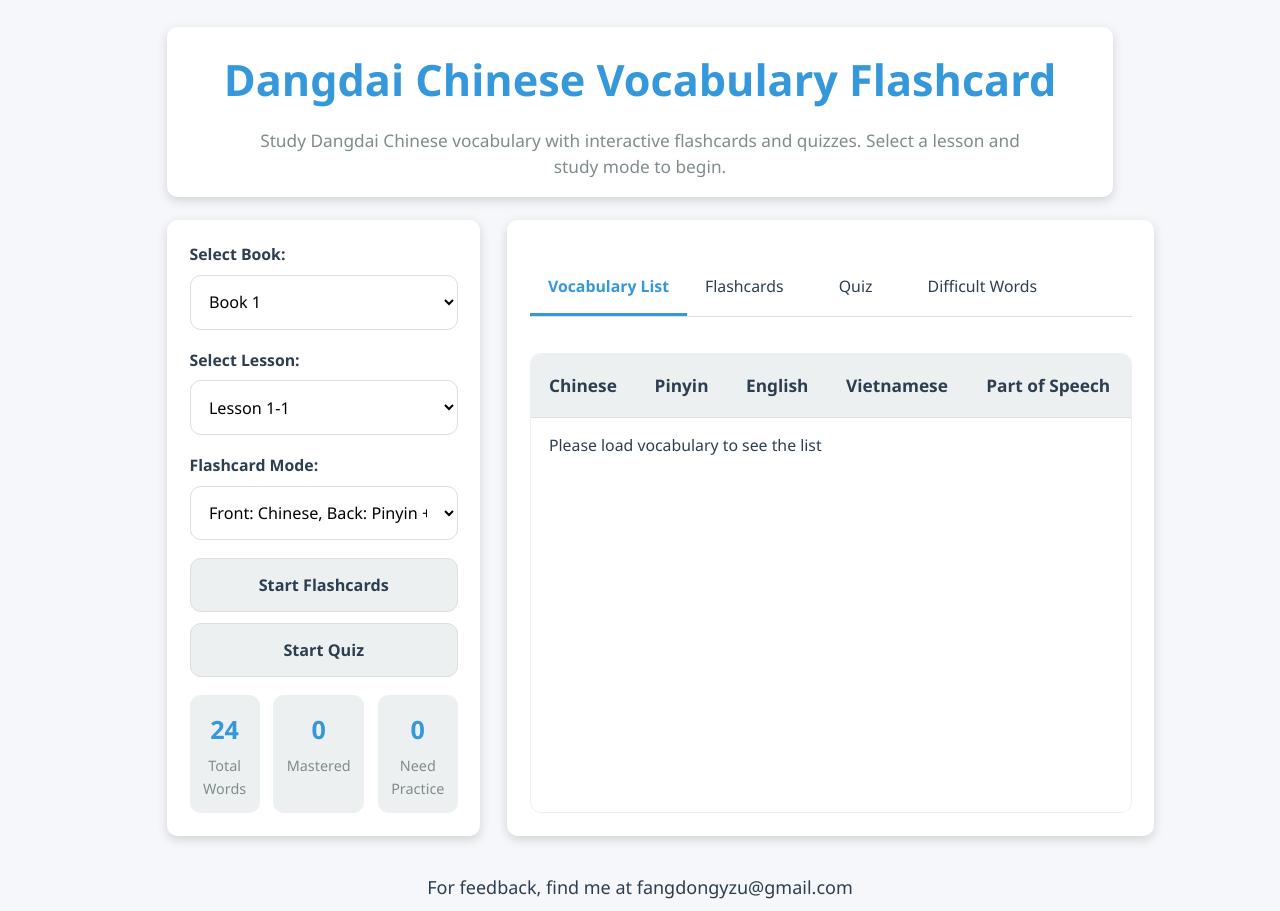
Repository: fangdongyzu/dangdaiflashcards
Page: index.html
These files come from the project's save history. The page is drawn as it stood at one moment and after the next save; the edit follows.
The browser window is 1280 px wide. The pictures show the whole page.

Above is the page before, as saved 2025-11-23 23:21:38.

After the next save:
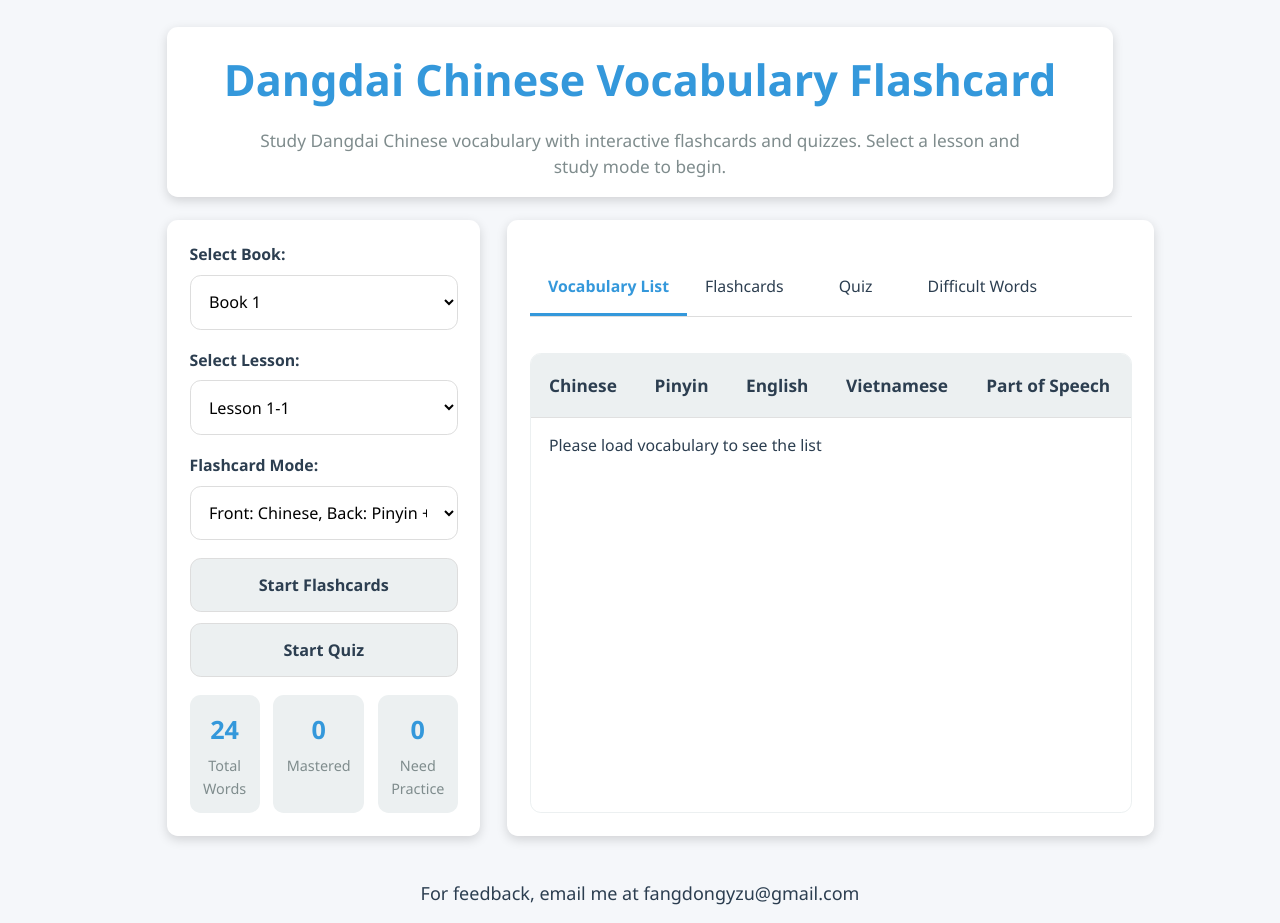
Saved 73 s later.
--- a/index.html
+++ b/index.html
@@ -217,9 +217,10 @@
 
     <script src="script.js"></script>
 </body>
-<footer>
-  For feedback, find me at <a href="mailto:fangdongyzu@gmail.com">fangdongyzu@gmail.com</a>
-  <br>
+<footer style="text-align: center; padding: 1rem 0;">
+  For feedback, email me at
+  <a href="mailto:fangdongyzu@gmail.com">fangdongyzu@gmail.com</a>
 </footer>
 
+
 </html>
